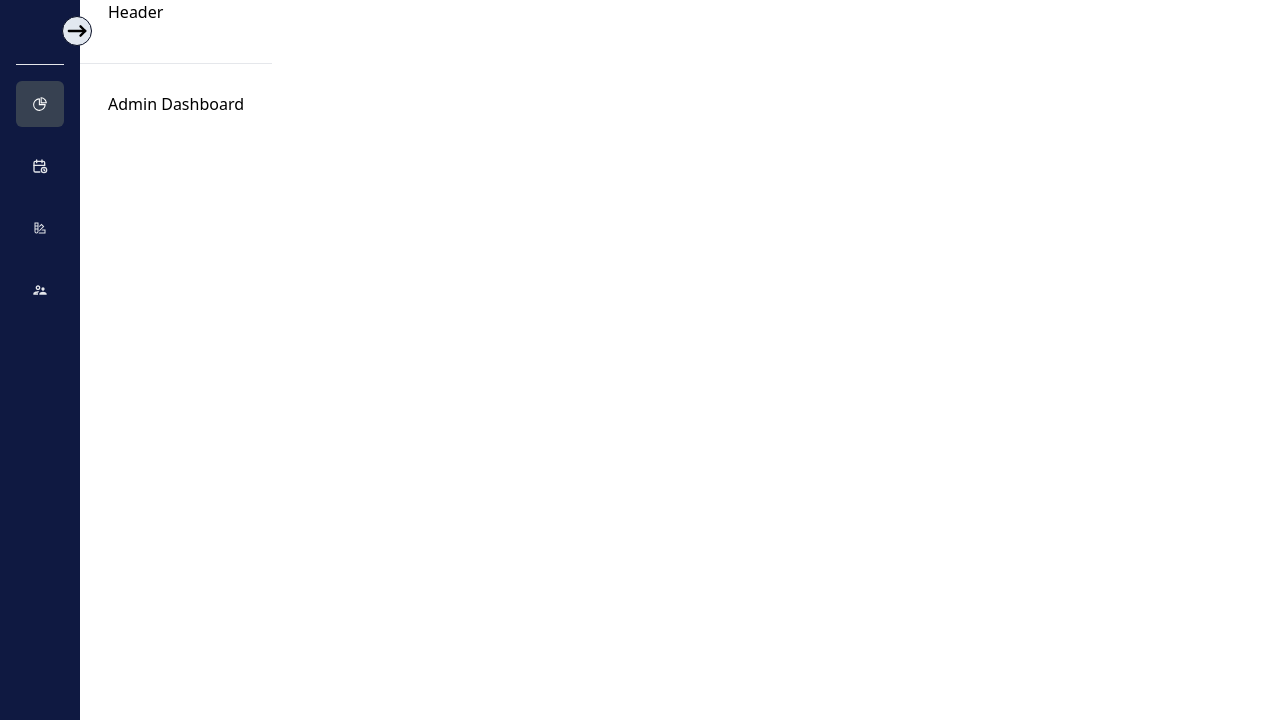
Repository: huynhvanngoan/COMP1640FE-Template
Page: /admin, after clicking the first element matching `svg.text-3xl`
An editor plug-in stored every save of this project. The page is shown before and after the next save, followed by the edit.
The browser window is 1280 px wide. The pictures show the whole page.
The project was rebuilt for these pictures with package versions that can differ from the ones it lists, and the page was loaded fresh each time. Also part of the build but not shown: src/components/buttonStyles.js, src/pages/LoginPage.jsx, src/pages/student/StudentDashboard.jsx, src/pages/department/DepartmentDashboard.jsx, src/pages/marketing/MarketingDashboard.jsx, src/pages/guest/GuestDashboard.jsx.

Above is the page before, as saved 2024-03-24 06:53:55.

### src/index.js
import React from 'react';
import ReactDOM from 'react-dom/client';
import './index.css';
import App from './App';

const root = ReactDOM.createRoot(document.getElementById('root'));
root.render(
  <React.StrictMode>
      <App />
  </React.StrictMode>
)

### src/index.css
@import url('https://fonts.googleapis.com/css2?family=Inter:wght@100;200;300;400;500;600;700;800;900&display=swap');
@tailwind base;
@tailwind components;
@tailwind utilities;

### src/App.js
import React from 'react'
import { BrowserRouter as Router, Routes, Route, Navigate } from "react-router-dom";
import LoginPage from './pages/LoginPage';
import StudentDashboard from './pages/student/StudentDashboard';
import DepartmentDashboard from './pages/department/DepartmentDashboard';
import MarketingDashboard from './pages/marketing/MarketingDashboard';
import GuestDashboard from './pages/guest/GuestDashboard';
import Layout from './pages/admin/layout';
const App = () => {


  return (
    <Router>
        <Routes>
          <Route path="/login" element={<LoginPage/>} />

          <Route path="/admin" element={<Layout />}/>

          <Route path="/student-dashboard" element={<StudentDashboard />}/>

          <Route path="/guest-dashboard" element={<GuestDashboard />}/>

          <Route path="/department-dashboard" element={<DepartmentDashboard />}/>

          <Route path="/marketing-dashboard" element={<MarketingDashboard />}/>

          {/* <Route path='/marketing-homepage' element={<MarketingHomePage  />}/> */}

          <Route path='*' element={<Navigate to="/login" />} />

        </Routes>
    </Router>
  )
}

export default App

### src/pages/admin/layout.js
import React from 'react';
import Sidebar from './Sidebar';
import Header from './Header';
import AdminDashboard from './AdminDashboard';


export default function Layout() {
  return (
      <div className='flex'>
        <Sidebar />
        <div className='flex flex-col'>
          <Header />
          <AdminDashboard />
        </div>
      </div>
  );
}

### src/pages/admin/Sidebar.js
import React, { useState } from 'react';
import { Link } from 'react-router-dom';
import { AiOutlinePieChart } from "react-icons/ai";
import { TbCalendarTime } from "react-icons/tb";
import { LiaSwatchbookSolid } from "react-icons/lia";
import { MdOutlineSupervisorAccount } from "react-icons/md";
import { TbArrowNarrowLeft } from "react-icons/tb";
export const SidebarContent = [
  {
    icon: AiOutlinePieChart,
    heading: "Statistic"
  },
  {
    icon: TbCalendarTime,
    heading: "Academic Year"
  },
  {
    icon: LiaSwatchbookSolid,
    heading: "Articles"
  },
  {
    icon: MdOutlineSupervisorAccount,
    heading: "Accounts"
  }
]

export default function Sidebar() {
  const [selected, setSelected] = useState(0);
  const [colapse, setColapse] = useState(true);

  return (
    <div className={`left-0 top-0 h-screen bg-[#0f1941] p-4 ${colapse ? "w-64" : "w-20"} duration-300`}>
        <div className='flex flex-col'>
           <div className='relative flex h-10 justify-end'>
            <TbArrowNarrowLeft  className={`text-3xl bg-slate-200 rounded-full cursor-pointer absolute -right-7 border border-[#080e24] hover:text-white ${!colapse && 'rotate-180'}`} onClick={() => setColapse(!colapse)} />
           </div>
          <ul className='my-2 border-t pt-4 w-full items-center'>
            {SidebarContent.map((item, index) => {
              return (
                <li className={selected === index  ? "mb-4 group active" : "mb-4" } key={index} onClick={() => setSelected(index)}>
                  <Link to="#" className={`flex w-full rounded-md items-center space-x-2 text-gray-200 px-4 py-2 text-xl hover:bg-[#080e24] hover:text-white group-[.active]:bg-gray-700 group-[.active]:text-white`}>
                    { colapse ? (
                      <>
                        <item.icon />
                        <span>{item.heading}</span>
                      </>
                    ) : ( <item.icon className='text-3xl' />)
                    }
                  </Link>
                </li>
              )
            })}
          </ul>
        </div>
    </div>
  );
}

### src/pages/admin/Header.js
import React from 'react';

export default function Header() {
  return (
    <div className='px-7 border-b w-full h-16'>
        Header
    </div>
  );
}

### src/pages/admin/AdminDashboard.js
import React from 'react'

const AdminDashboard = () => {
  return (
      <div className='p-7'>
        Admin Dashboard
      </div>
  )
}

export default AdminDashboard

### tailwind.config.js
/** @type {import('tailwindcss').Config} */
module.exports = {
  content: [
    "./src/**/*.{js,jsx,ts,tsx}",
  ],
  theme: {
    extend: {
      fontFamily: {
        "inter": ["Inter", "sans-serif"]
      }
    },
  },
  plugins: [],
}

Loaded but not shown: public/index.html (common file)

After the next save:
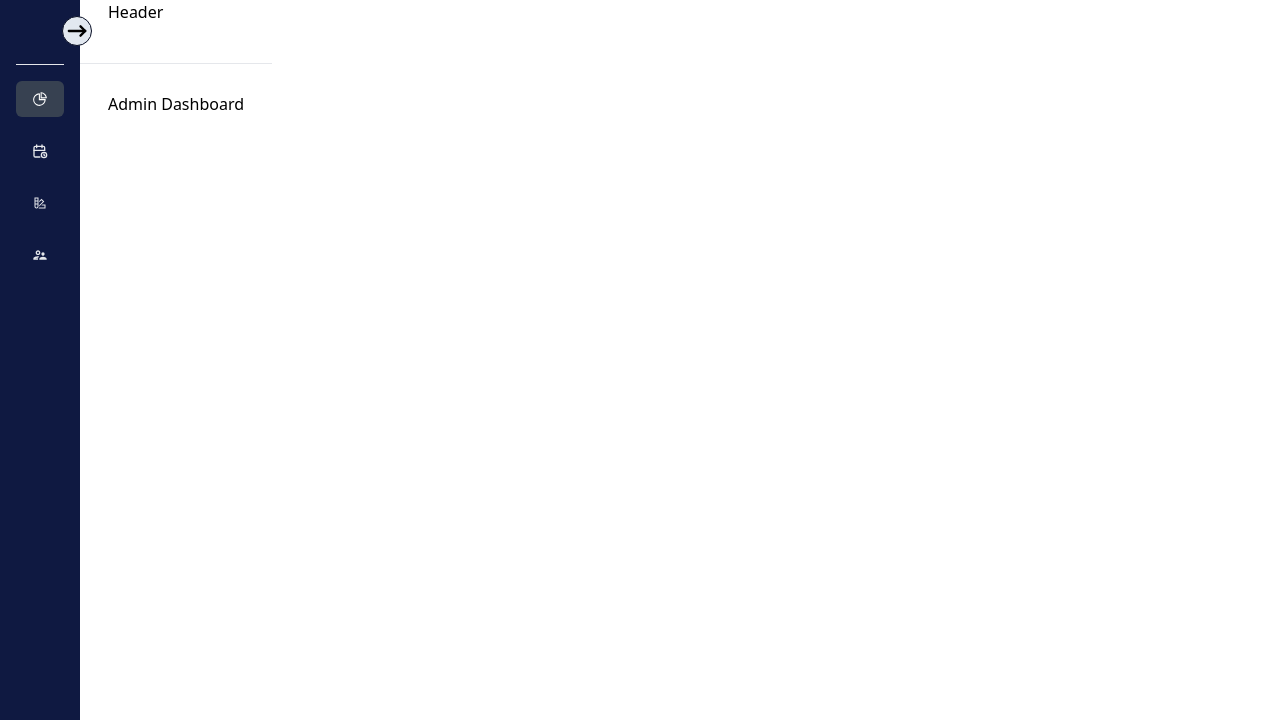
Saved 3 s later.
--- a/src/pages/admin/Sidebar.js
+++ b/src/pages/admin/Sidebar.js
@@ -44,7 +44,7 @@ export default function Sidebar() {
                         <item.icon />
                         <span>{item.heading}</span>
                       </>
-                    ) : ( <item.icon className='text-3xl' />)
+                    ) : ( <item.icon />)
                     }
                   </Link>
                 </li>
